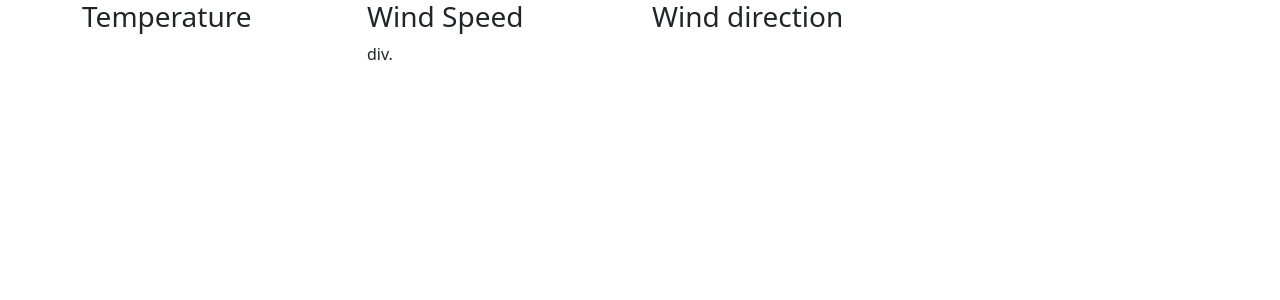
Repository: Saiyamjain-100/weather-app
Page: src/component/new.html
An editor plug-in stored every save of this project. The page is shown before and after a run of saves, followed by the edit.
The browser window is 1280 px wide. The pictures show the whole page.

Above is the page before, as saved 2022-05-18 14:21:52.

### src/component/new.html
<!DOCTYPE html>
<html lang="en">
<head>
    <meta charset="UTF-8">
    <meta http-equiv="X-UA-Compatible" content="IE=edge">
    <meta name="viewport" content="width=device-width, initial-scale=1.0">

    <link href="https://cdn.jsdelivr.net/npm/bootstrap@5.2.0-beta1/dist/css/bootstrap.min.css" rel="stylesheet" integrity="sha384-0evHe/X+R7YkIZDRvuzKMRqM+OrBnVFBL6DOitfPri4tjfHxaWutUpFmBp4vmVor" crossorigin="anonymous">
    <title>Document</title>
</head>
<body>
    <script src="https://cdn.jsdelivr.net/npm/bootstrap@5.2.0-beta1/dist/js/bootstrap.bundle.min.js" integrity="sha384-pprn3073KE6tl6bjs2QrFaJGz5/SUsLqktiwsUTF55Jfv3qYSDhgCecCxMW52nD2" crossorigin="anonymous"></script>

    <div class="container">
        <div class="row flex justify-item-between">
            <div class="col-md-3">
                <h3>Temperature</h3>
                <i></i>
            </div>
            <div class="col-md-3">
                <h3>Wind Speed</h3>
                div.
            </div>
            <div class="col-md-3">
                <h3>Wind direction</h3>
            </div>
        </div>
    </div>
</body>
</html>

After the next 3 saves:
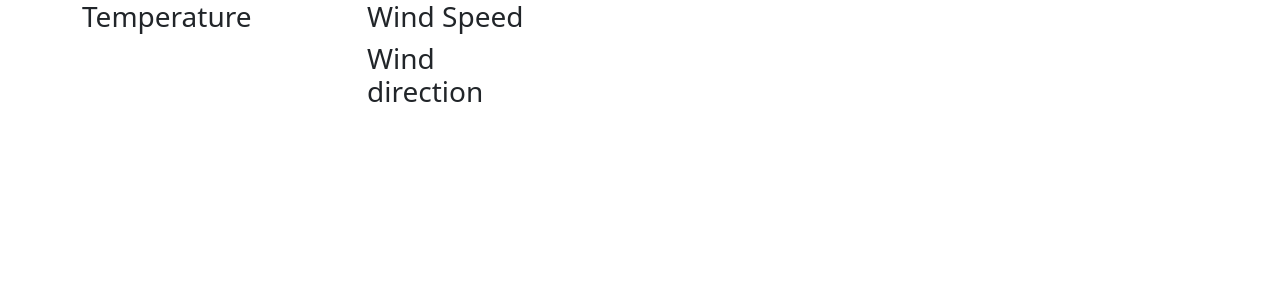
The 3 saves are shown as one change because they came seconds apart.
The last was saved 13 s later.
--- a/src/component/new.html
+++ b/src/component/new.html
@@ -19,7 +19,7 @@
             </div>
             <div class="col-md-3">
                 <h3>Wind Speed</h3>
-                div.
+                <div class="flex "
             </div>
             <div class="col-md-3">
                 <h3>Wind direction</h3>
